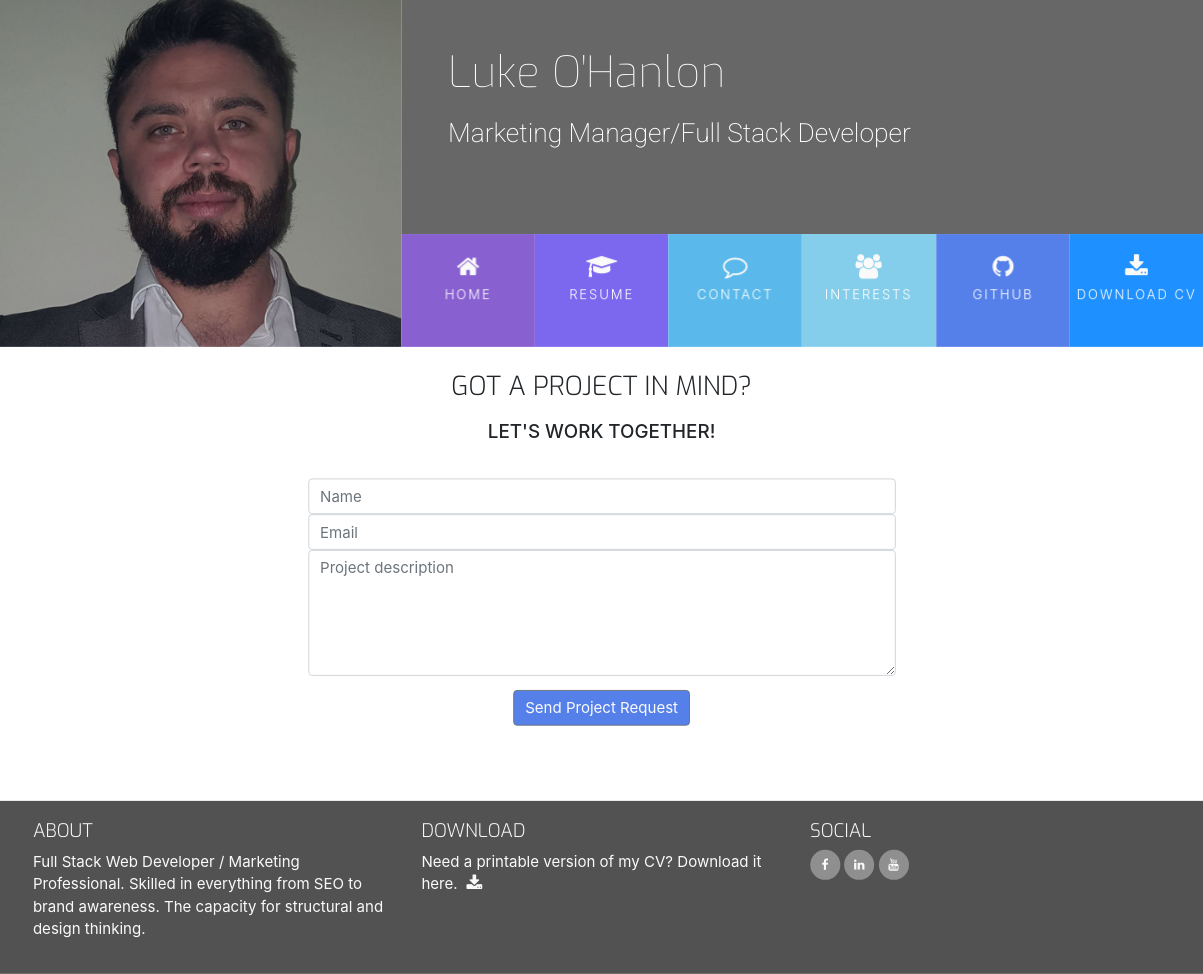
Repository: luke0han/my-resume
Page: contact.html
The author's editor kept a record of every edit. The page is drawn from the files as they stood at one moment, then again after the next edit.
The browser window is 1280 px wide. The pictures show the whole page, at 94% of full size.
Some web libraries are served in a nearby version.

Above is the page before.
Console error: ReferenceError: emailjs is not defined

After the next edit:
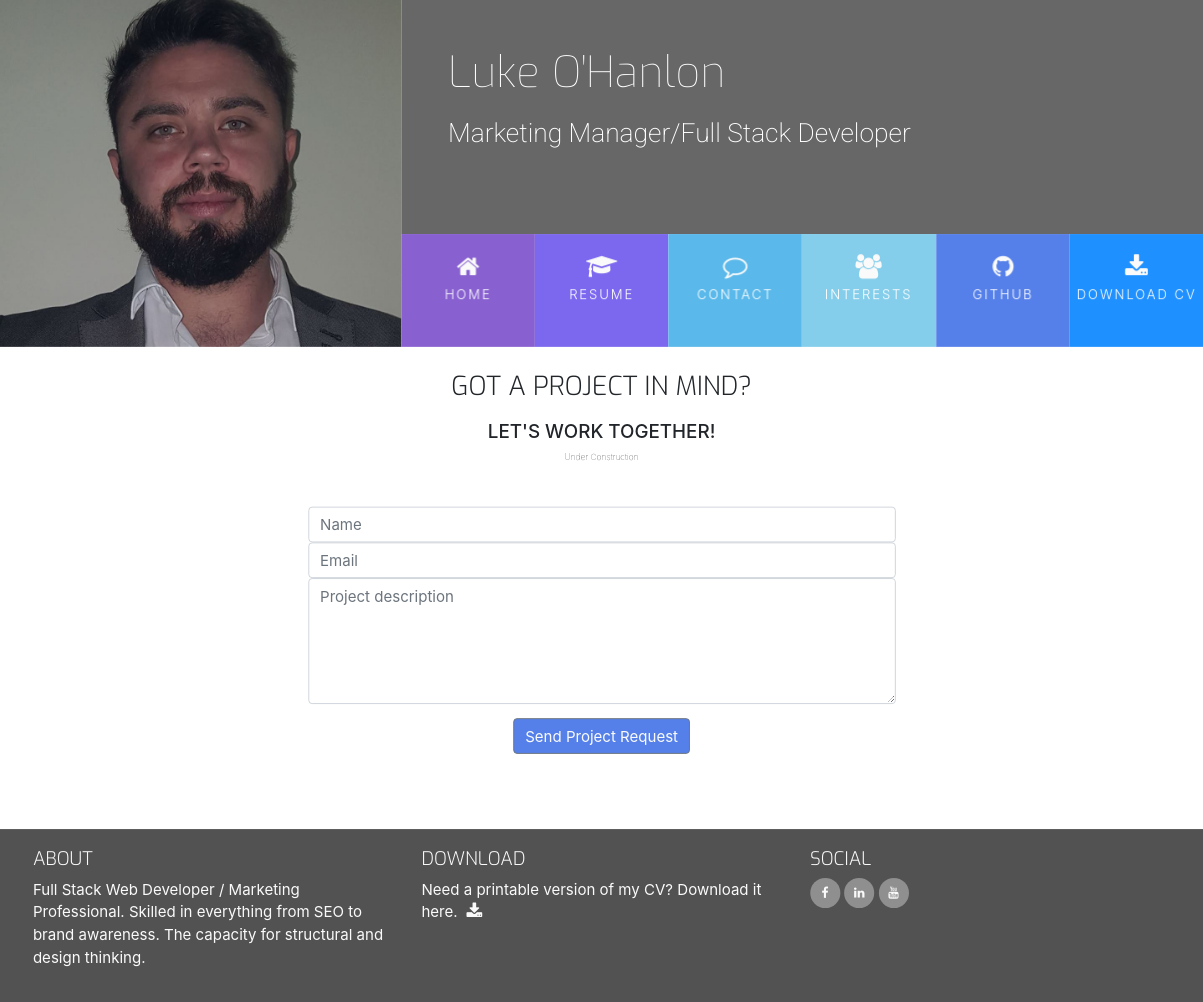
The edit:
--- a/contact.html
+++ b/contact.html
@@ -61,7 +61,7 @@
             <div class="col">
                 <h3 class="contact-heading uppercase text-center">Got a project in mind?</h3>
                 <h5 class="uppercase text-center">Let's work together!</h5>
-
+                <p class="construction">Under Construction</p>
                 <div class="center-form">
                     <form onsubmit="return sendMail(this);" method="POST" >
                         <input type="text" name="name" id="fullname" class="form-control" placeholder="Name" required />
